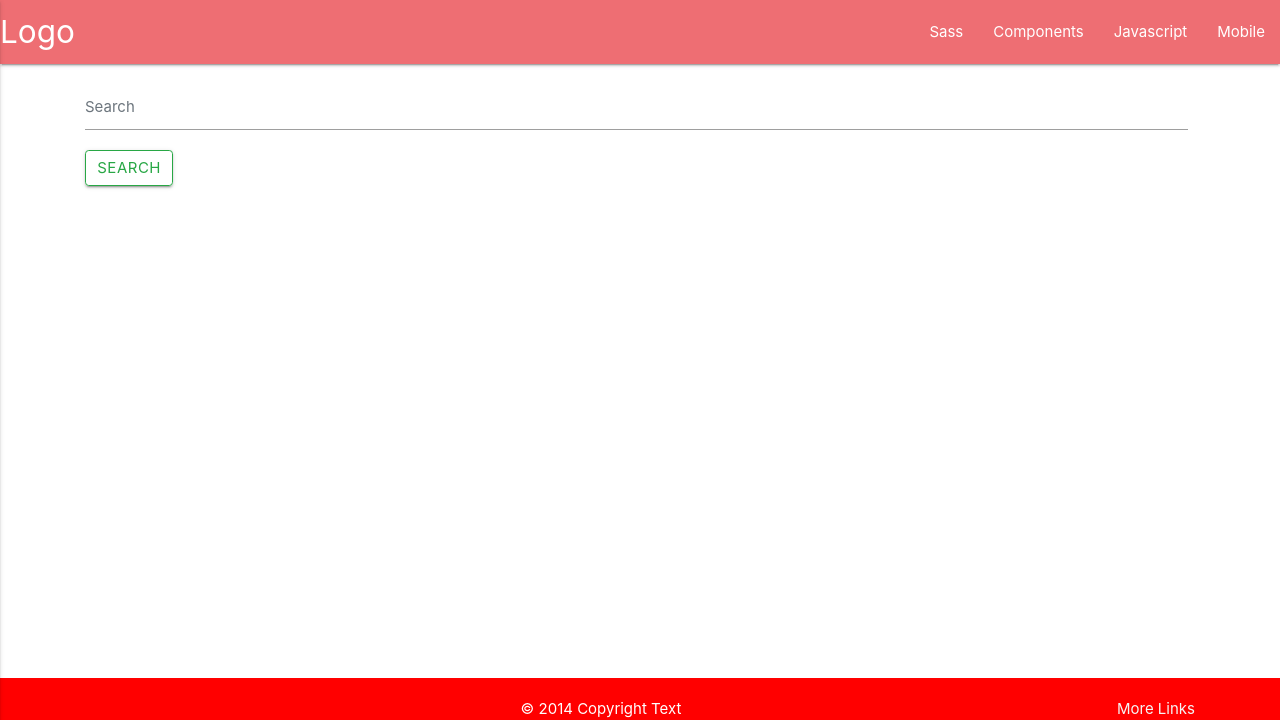
Repository: Lemoenskil/Milestone_project_3_Garden_planner
Page: http://localhost/
The author's editor kept a record of every edit. The page is drawn from the files as they stood at one moment, then again after the next edit.
The browser window is 1280 px wide. The pictures show the whole page.
Some web libraries are served in a nearby version. The page is served by the project's application, run on Flask 3 (app.py). Queries for data that is not in the repository find no rows.

Above is the page before.
Console error: TypeError: Cannot read properties of undefined (reading 'fn')

### templates/plant_records.html
{% extends "base.html" %}
{% block content %}

    <div class="row text-center">
      {% for plant in plants%}

        <a href="#" class="card col-md-11 col-lg-3 mt-5 col-sm-11 col-xl-3" >
          <img src="{{plant.picture_link}}" class="card-img-top" alt="">
              <div class="card-body">
                <h5 class="card-title">{{plant.plant_name}}</h5>
              </div>
        </a>
      {%endfor%}
    </div>
    <div>
      <form class="form-inline">
        <input class="form-control mr-sm-2" type="search" placeholder="Search" aria-label="Search">
        <button class="btn btn-outline-success my-2 my-sm-0" type="submit">Search</button>
      </form>
    </div>


{% endblock %}

### templates/base.html
<!DOCTYPE html>
<html lang="en">
<head>
    <meta charset="UTF-8">
    <meta name="viewport" content="width=device-width, initial-scale=1.0">
    <meta http-equiv="X-UA-Compatible" content="ie=edge">
     <link href="https://fonts.googleapis.com/icon?family=Material+Icons" rel="stylesheet">
    <link rel="stylesheet" href="https://cdnjs.cloudflare.com/ajax/libs/materialize/0.100.2/css/materialize.min.css">
    <link href="https://stackpath.bootstrapcdn.com/bootstrap/4.4.1/css/bootstrap.min.css" rel="stylesheet" integrity="sha384-Vkoo8x4CGsO3+Hhxv8T/Q5PaXtkKtu6ug5TOeNV6gBiFeWPGFN9MuhOf23Q9Ifjh" crossorigin="anonymous">
    <script src="https://maxcdn.bootstrapcdn.com/bootstrap/4.1.1/js/bootstrap.min.js"></script>
    <link rel="stylesheet" href="{{url_for('static', filename='css/style.css')}}" type="text/css" />
    <title>Garden Planner</title>
</head>
<body>
    <header>
       <nav>
            <div class="nav-wrapper">
                <a href="#!" class="brand-logo">Logo</a>
                <a href="#" data-activates="mobile-demo" class="button-collapse"><i class="material-icons">menu</i></a>
                <ul class="right hide-on-med-and-down">
                    <li><a href="sass.html">Sass</a></li>
                    <li><a href="badges.html">Components</a></li>
                    <li><a href="collapsible.html">Javascript</a></li>
                    <li><a href="mobile.html">Mobile</a></li>
                </ul>
                <ul class="side-nav" id="mobile-demo">
                    <li><a href="sass.html">Sass</a></li>
                    <li><a href="badges.html">Components</a></li>
                    <li><a href="collapsible.html">Javascript</a></li>
                    <li><a href="mobile.html">Mobile</a></li>
                </ul>
            </div>
        </nav>
    </header>

    <main class="container">
        {% block content %}{% endblock %}
    </main>

    <footer class="page-footer">
        <div class="container" class="footer-copyright">
            © 2014 Copyright Text
            <a class="grey-text text-lighten-4 right" href="#!">More Links</a>
        </div>
    </footer>
    <script src="https://code.jquery.com/jquery-3.4.1.slim.min.js" integrity="sha384-J6qa4849blE2+poT4WnyKhv5vZF5SrPo0iEjwBvKU7imGFAV0wwj1yYfoRSJoZ+n" crossorigin="anonymous"></script>
    <script src="https://cdnjs.cloudflare.com/ajax/libs/jquery/3.2.1/jquery.min.js"></script>
    <script src="https://stackpath.bootstrapcdn.com/bootstrap/4.4.1/js/bootstrap.min.js"></script>
    <script src="https://cdnjs.cloudflare.com/ajax/libs/materialize/0.100.2/js/materialize.min.js"></script>
    <script type="text/javascript">
        $(document).ready(function() {
            $(".button-collapse").sideNav();
        });
            $('.carousel').carousel({
        interval: 2000
        });


    </script>
</body>
</html>

### app.py
import os
from flask import Flask, render_template, redirect, request, url_for
from flask_pymongo import PyMongo, DESCENDING
from bson.objectid import ObjectId


app = Flask ("----name----")
app.config["MONGO_DBNAME"] = 'garden_planner'
app.config["MONGO_URI"] = 'mongodb+srv://CP3O:iYmkh8QOgi2fhu2y@lemoenskil-4vjdx.mongodb.net/garden_planner?retryWrites=true&w=majority'

mongo = PyMongo(app)

@app.route('/')
@app.route('/plant_records')
def get_plant_record():
    plant_cards = mongo.db.plant_data.find().sort([('views', DESCENDING)]).limit(6)
    return render_template("plant_records.html", title="Home", plants = plant_cards)



if __name__ == '__main__':
    app.run(host=os.environ.get('IP'),
            port=int(os.environ.get('PORT')),
            debug=True)

### static/css/style.css
.mt-5, .my-5 {
    margin: 2rem!important;
}

.card{
  width: 100%;
}

body {
  display: flex;
  min-height: 100vh;
  flex-direction: column;
}

main {
  flex: 1 0 auto;
}


.page-footer{
    position: fixed;
   left: 0;
   bottom: 0;
   width: 100%;
   background-color: red;
   color: white;
   text-align: center;
}

.card-sm{
  margin-bottom: 50px;
}

.form-control-borderless {
    border: none;
}

.form-control-borderless:hover, .form-control-borderless:active, .form-control-borderless:focus {
    border: none;
    outline: none;
    box-shadow: none;
}

After the next edit:
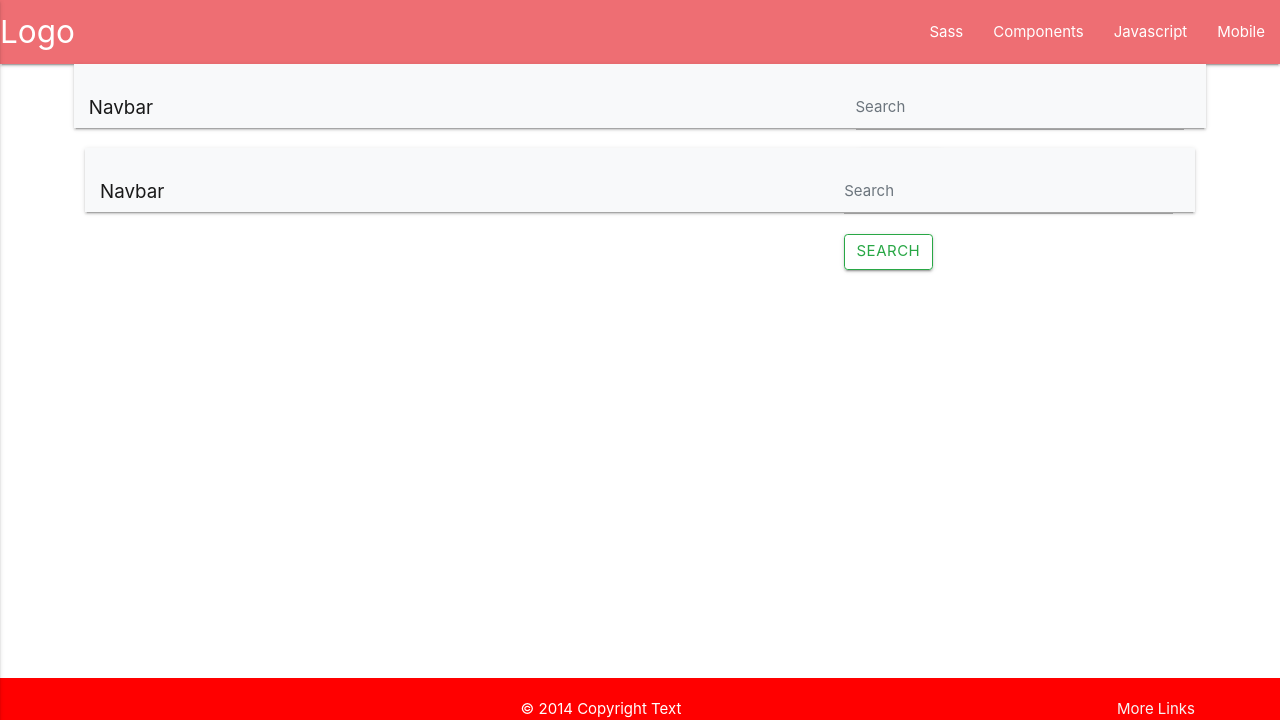
The edit:
--- a/templates/plant_records.html
+++ b/templates/plant_records.html
@@ -11,13 +11,20 @@
               </div>
         </a>
       {%endfor%}
+      <nav class="navbar navbar-light bg-light">
+        <a class="navbar-brand">Navbar</a>
+        <form class="form-inline">
+          <input class="form-control mr-sm-2" type="search" placeholder="Search" aria-label="Search">
+          <button class="btn btn-outline-success my-2 my-sm-0" type="submit">Search</button>
+        </form>
+      </nav>
     </div>
-    <div>
+    <nav class="navbar navbar-light bg-light">
+      <a class="navbar-brand">Navbar</a>
       <form class="form-inline">
         <input class="form-control mr-sm-2" type="search" placeholder="Search" aria-label="Search">
         <button class="btn btn-outline-success my-2 my-sm-0" type="submit">Search</button>
       </form>
-    </div>
-
+    </nav>
 
 {% endblock %}
